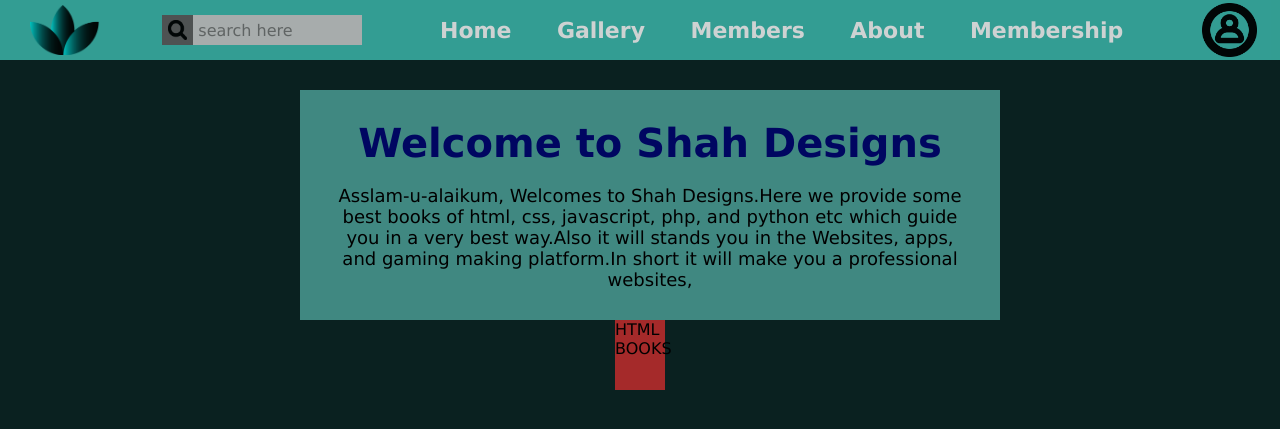
Repository: RawahaMR11/my_assignments
Page: rawaha computer/Shah Designs web/Shah home page.html
These files come from the project's save history. The page is drawn as it stood at one moment and after a run of saves; the edit follows.
The browser window is 1280 px wide. The pictures show the whole page.

Above is the page before, as saved 2024-12-13 08:18:00.

### rawaha computer/Shah Designs web/Shah home page.html
<!DOCTYPE html>
<html lang="en">
<head>
      <meta charset="UTF-8">
      <meta name="viewport" content="width=device-width, initial-scale=1.0">
      <title>Shah Designs</title>
      <link rel="stylesheet" href="Shah home page.css">
</head>
<body>
<div class="my-display">
      <header>
            <div class="logo">
                  <img src="logo.png" alt="Shah Designs logo">
            </div><!--end logo-->
            <div class="search">
                  <img src="search.png" alt="Search-icon">
                  <input type="text" placeholder="search here">
            </div><!--end search-->
            <div class="home">
                  <a href="Shah home page.html">Home</a>
            </div><!--end home-->
            <div class="gallery">
                  <a href="#">Gallery</a>
            </div><!--end gallery-->
            <div class="members">
                  <a href="#">Members</a>
            </div><!--end members -->
            <div class="about">
                  <a href="#">About</a>
            </div><!--end about-->
            <div class="membership">
                  <a href="#">Membership</a>
            </div>
            <div class="login">
                  <img src="sign in.png" alt="Login">
            </div><!--end login-->
      </header>


      <div class="wrapper">
            <div id="welcome">
                  <h1>Welcome to Shah Designs</h1><br>
                  <p>Asslam-u-alaikum, Welcomes to Shah Designs.Here we provide some best books of html, css, javascript, php, and python etc which guide you in a very best way.Also it will stands you in the Websites, apps, and gaming making platform.In short it will make you a professional websites, </p>
            </div><!--end welcome-->
      </div><!--end wrapper-->


      <div class="my-books">
            <div class="html-books">
                  <p>HTML BOOKS</p>
            </div>
      </div>
</div>
</body>
</html>

### rawaha computer/Shah Designs web/Shah home page.css
* {
      margin: 0;
      padding: 0;
}
body {
      display: block;
      font-size: 14px;
      background-color: rgb(10, 33, 32);
}
.my-display {
      width: 80%;
      margin: 0 auto;
      height: 100%;
      width: 100%;
}
/* css for opening my page on tablets (screens with width <=768px) */
@media screen and (max-width: 768px) {
      body {
            font-size: 16px;
      }
      .my-display {
            width: 100%;
      }
}
/* css for opening my page on laptops,pcs etc (screens with width <=1080px) */
@media screen and (max-width: 1080px) {
      body {
            font-size: 14px;
      }
      .my-display {
            width: 100%;
      }
}
/* css for opening my page on phones (screens with width <=480px) */
@media screen and (max-width: 480px) {
      body {
            font-size: 10px;
      }
      .my-display {
            width: 100%;
      }
}
header {
      width: 100%;
      height: 60px;
      display: flex;
      align-items: center;
      background-color: rgb(62, 188, 176);
      opacity: 80%;
      gap: 31.5px;
}
.logo {
      height: 83%;
      width: 70px;
      margin: 0 30px 0;
}
.logo img {
      height: 100%;
      width: 100%;
}
.search {
      width: 200px;
      height: 30px;
      background-color: rgb(95, 95, 95);
      display: flex;
      align-items: center;
      justify-content: space-evenly;
}
.search img {
      width: 10%;
      height: 65%;
      padding: 6px;
}
.search input {
      width: 90%;
      padding: 5.34px;
      border: none;
      outline: none;
      background-color: rgb(207, 207, 207);
      font-family: Verdana, Geneva, Tahoma, sans-serif;
      font-size: 16px;
}
.home {
      font-family: Verdana, Geneva, Tahoma, sans-serif;
      font-size: 22px;
      margin-left: 40px;
      padding: 7px;
}
.home:hover {
      background-color: rgb(161, 161, 161);
}
.home a {
      text-decoration: none;
      font-weight: 700;
      color: white;
}
.gallery {
      font-family: Verdana, Geneva, Tahoma, sans-serif;
      font-size: 22px;
      padding: 7px;
}
.gallery:hover {
      background-color: rgb(161, 161, 161);
}
.gallery a {
      text-decoration: none;
      font-weight: 700;
      color: white;
}
.members {
      font-family: Verdana, Geneva, Tahoma, sans-serif;
      font-size: 22px;
      padding: 7px;
}
.members:hover {
      background-color: rgb(161, 161, 161);
}
.members a {
      text-decoration: none;
      font-weight: 700;
      color: white;
}
.about {
      font-family: Verdana, Geneva, Tahoma, sans-serif;
      font-size: 22px;
      padding: 7px;
}
.about:hover {
      background-color: rgb(161, 161, 161);
}
.about a {
      text-decoration: none;
      font-weight: 700;
      color: white;
}
.membership {
      font-family: Verdana, Geneva, Tahoma, sans-serif;
      font-size: 22px;
      padding: 7px;
}
.membership:hover {
      background-color: rgb(161, 161, 161);
}
.membership a {
      text-decoration: none;
      font-weight: 700;
      color: white;
}
.login {
      height: 90%;
      width: 55px;
      float: right;
      margin-left: 40px;
}
.login img {
      height: 100%;
      width: 100%;
      cursor: pointer;
}
.wrapper {
      width: 50%;
      height: auto;
      display: flex;
      align-items: center;
      justify-content: center;
      margin-top: 30px;
      background-color: rgb(64, 136, 129);
      padding: 30px;
      margin-left: 300px;
}
#welcome {
      width: 100%;
      font-family: Verdana, Geneva, Tahoma, sans-serif;
      font-size: 16px;
}
#welcome h1 {
      text-align: center;
      color: rgb(0, 6, 97);
      font-size: 40px;
}
#welcome p {
      text-align: center;
      font-size: 18px;
      font-family: Verdana, Geneva, Tahoma, sans-serif;
}
.my-books {
      font-family: Verdana, Geneva, Tahoma, sans-serif;
      font-size: medium;
      display: flex;
      align-items: center;
      justify-content: center;
      gap: 30px;
}
.html-books {
      height: 70px;
      width: 50px;
      background-color: brown;
}

After the next 2 saves:
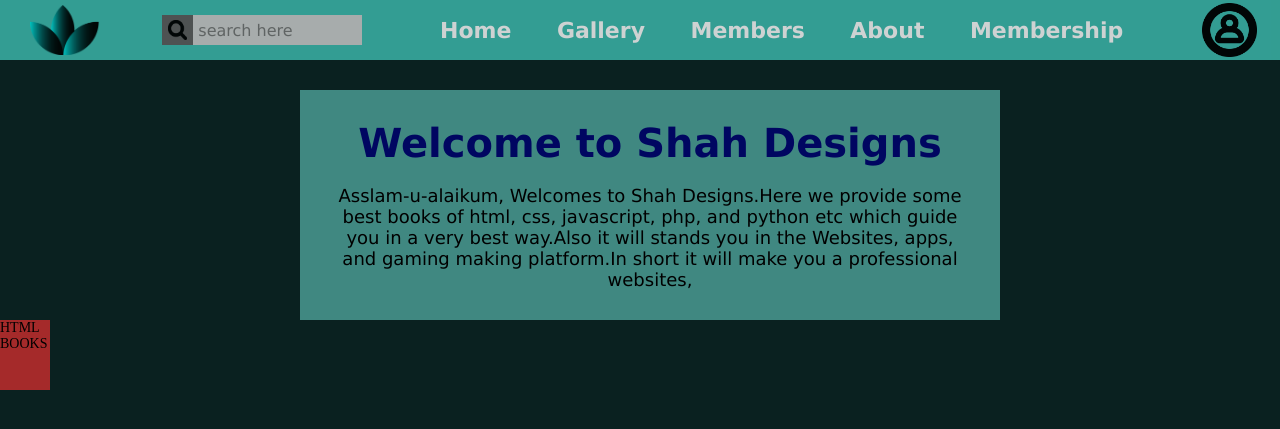
The 2 saves are shown as one change because they came seconds apart.
The last was saved 59 s later.
--- a/rawaha computer/Shah Designs web/Shah home page.css
+++ b/rawaha computer/Shah Designs web/Shah home page.css
@@ -183,14 +183,6 @@ header {
       font-size: 18px;
       font-family: Verdana, Geneva, Tahoma, sans-serif;
 }
-.my-books {
-      font-family: Verdana, Geneva, Tahoma, sans-serif;
-      font-size: medium;
-      display: flex;
-      align-items: center;
-      justify-content: center;
-      gap: 30px;
-}
 .html-books {
       height: 70px;
       width: 50px;
